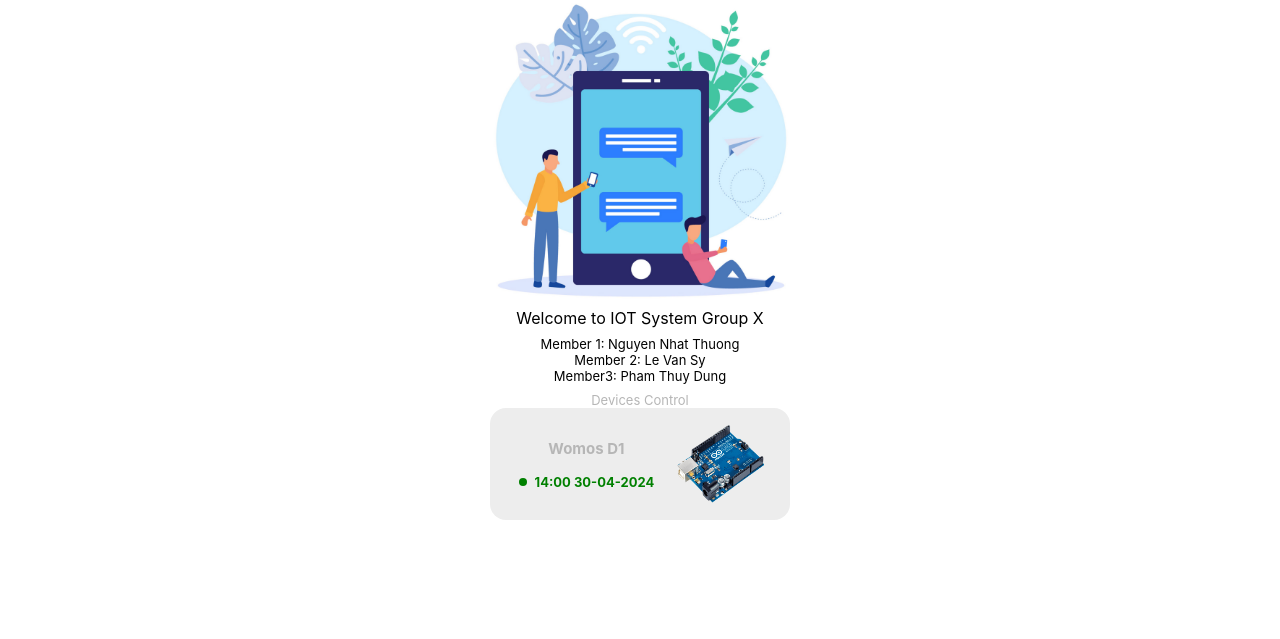
Repository: ngnhthuong/IOT_LAB
Page: /
These files come from the project's save history. The page is drawn as it stood at one moment and after a run of saves; the edit follows.
The browser window is 1280 px wide. The pictures show the whole page.
The project was rebuilt for these pictures with package versions that can differ from the ones it lists, and the page was loaded fresh each time.

Above is the page before, as saved 2024-04-23 15:14:00.

### src/App.js
import "./App.css";
import backgroundIMG from "./assets/img/background.png"
import arduinor3IMG from "./assets/img/arduinor3.png"
function App() {
  return (
    <div className="main">
      <div className="back-head">
        <img className="img-back" src={backgroundIMG}></img>
      </div>
      <div className="welcome-name">Welcome to IOT System Group X</div>
      <div className="member-name">
        <div className="member">Member 1: Nguyen Nhat Thuong</div>
        <div className="member">Member 2: Le Van Sy</div>
        <div className="member">Member3: Pham Thuy Dung</div>
      </div>
      <div className="device">Devices Control</div>
      <div className="main_device">
        <div className="device">
          <div className="info">
            <div className="name">Womos D1</div>

            <div className="time-status">
              <div className="status-green"></div>
              <div className="time">14:00 30-04-2024</div>
            </div>
          </div>
          <div className="device_img">
            <img className="device_img-child" src={arduinor3IMG}></img>
          </div>
        </div>
      </div>
    </div>
  );
}

export default App;

### src/App.css
* {
  margin: 0;
  padding: 0;
  box-sizing: border-box;
}

.main{
  width: 100vw;
  height: 100vh;
  display: flex;
  align-items: center;
  flex-direction: column;
}

.welcome-name{
  display: flex;
  justify-content: center;
  padding: 0.5rem;
}

.member-name{
  display: flex;
  flex-direction: column;
  font-size: 13px;
  align-items: center;
  padding-bottom: 0.5rem;
}

.member{
  display: flex;
  left: 0;
}

.device{
  font-size: 13px;
  color: rgb(182, 182, 182);
  left: 0;
  display: flex;
  flex-direction: row;
}

.main_device{
  width: 300px;
  height: auto;
  background-color: rgb(237, 237, 237);
  border-radius: 1rem;
  padding: 1rem;
}

.info{
  display: flex;
  justify-content: center;
  flex-direction: column;
  gap: 1rem;
  width: 60%;
  height: 5rem;
  align-items: center;
}

.name{
  font-weight: bold;
  font-size: 15px;
}

.time-status{
  display: flex;
  align-items: center;
  flex-direction: row;
  gap: 0.5rem;
}

.time{
  color: green;
  font-weight: bold;
}

.status-green{
  width: 0.5rem;
  height: 0.5rem;
  background-color: green;
  border-radius:100px ;
}

.device_img{
  width: 40%;
  height: 5rem;
}

.back-head{
  width: 300px;
  height: 300px;
  background-color: aqua;
  overflow: hidden;
}

.img-back{
  width: 300px;
  height: 300px;
}

.device_img-child{
  width: 100%;
  height: 100%;
}

Loaded but not shown: public/index.html (common file); src/index.js (common file); src/index.css (common file)

After the next 2 saves:
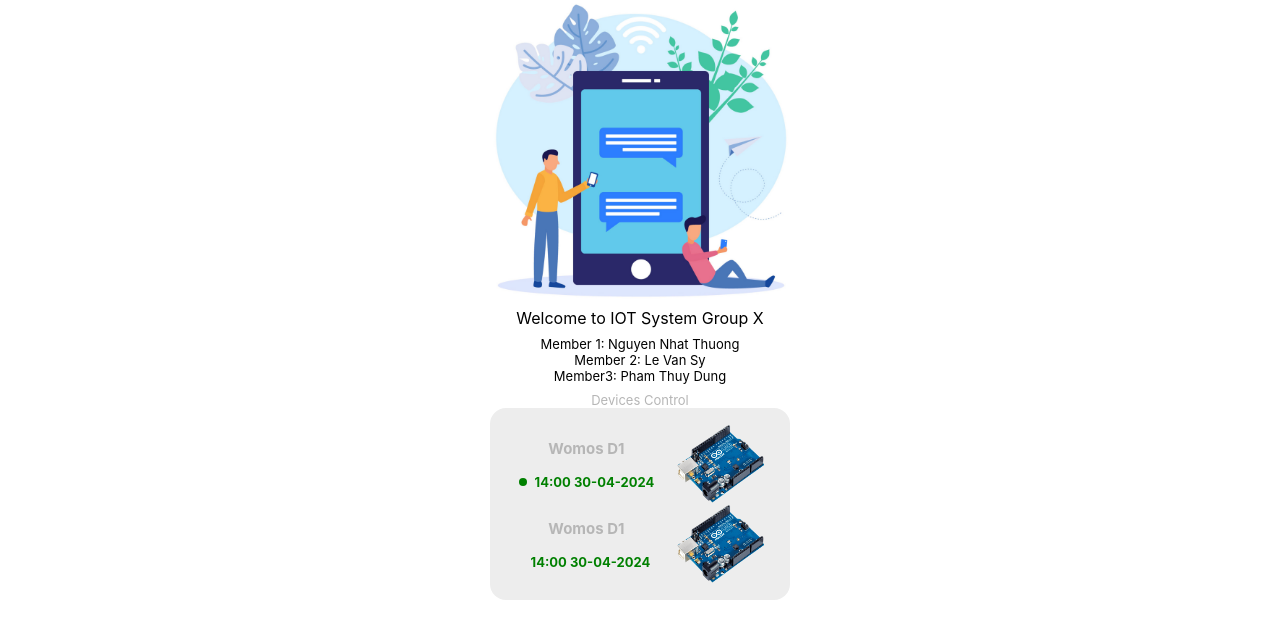
The 2 saves are shown as one change because they came seconds apart.
The last was saved 10 s later.
--- a/src/App.js
+++ b/src/App.js
@@ -28,6 +28,19 @@ function App() {
             <img className="device_img-child" src={arduinor3IMG}></img>
           </div>
         </div>
+        <div className="device">
+          <div className="info">
+            <div className="name">Womos D1</div>
+
+            <div className="time-status">
+              <div className="status-red"></div>
+              <div className="time">14:00 30-04-2024</div>
+            </div>
+          </div>
+          <div className="device_img">
+            <img className="device_img-child" src={arduinor3IMG}></img>
+          </div>
+        </div>
       </div>
     </div>
   );
